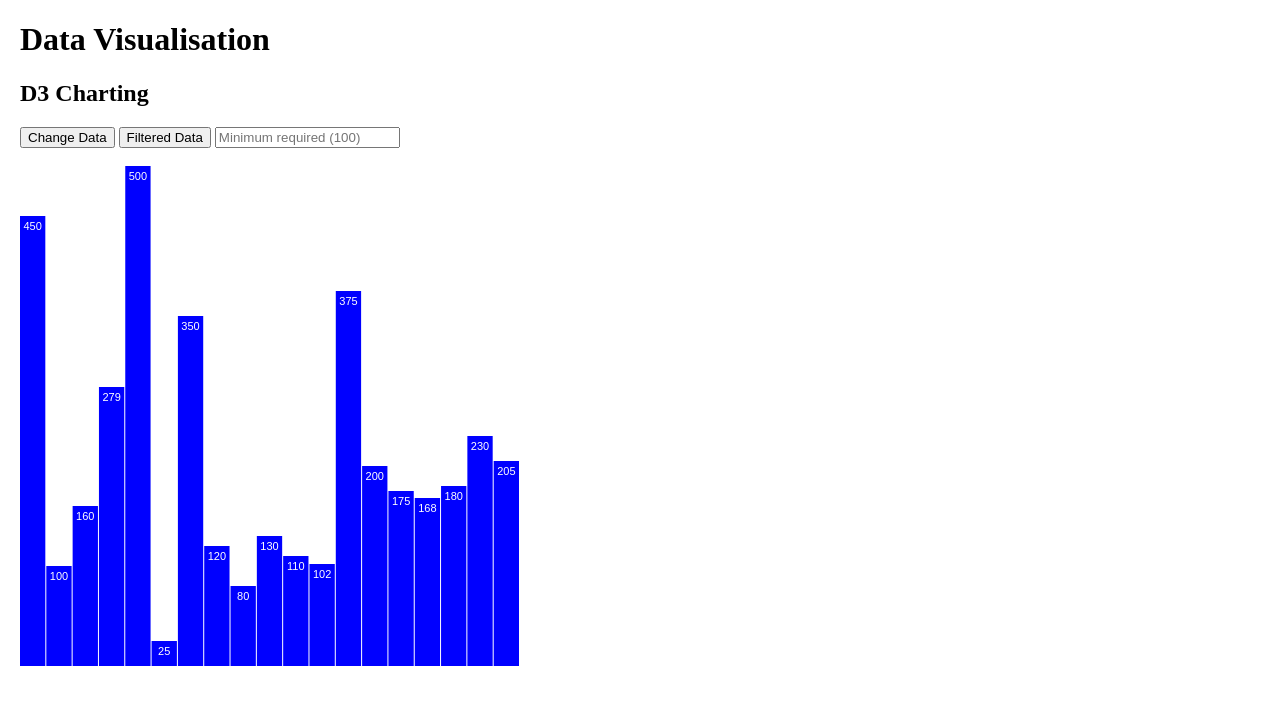
Repository: nitr-am/d3.js-svj
Page: d3_charting.html
The author's editor kept a record of every edit. The page is drawn from the files as they stood at one moment, then again after the next edit.
The browser window is 1280 px wide. The pictures show the whole page.
Some web libraries are served in a nearby version.

Above is the page before.

### d3_charting.html
<!DOCTYPE html>
<html lang="en">

<head>
    <meta charset="UTF-8">
    <meta name="viewport" content="width=device-width, initial-scale=1.0">
    <meta http-equiv="X-UA-Compatible" content="ie=edge">
    <title>D3 and Scalable Vector Graphics</title>

   <script src="https://cdnjs.cloudflare.com/ajax/libs/d3/5.12.0/d3.min.js" integrity="sha256-+9Mf3cAVmxxudDsr1XwXUeRZFtvdWVYdq5/vcgiYyNU=" crossorigin="anonymous"></script>

</head>

<body style= margin-left:20px>
    <h1>Data Visualisation</h1>

    <h2>D3 Charting</h2>

    <button onclick="change_data()">Change Data</button>
    <button onclick="filter_data()">Filtered Data</button>
    <input type=text id="filter_value" placeholder="Minimum required (100)" />
    <br><br>

    <div id="draw-here"></div>

    <script>
        var w = 500; // Width of chart container
        var h = 500; // Height of chart container
        var barPadding = 1;
        var dataset = [
            450, 100, 160, 279, 500, 25, 350, 120, 80, 130,
            110, 102, 375, 200, 175, 168, 180, 230, 205,
        ];


        var colWidth = w / dataset.length; // A esto llego para tener abajo un codigo mas limpio. Es el ancho de c/ columna.
        var barWidth = colWidth - barPadding; // Igual, para tenr un codigo mas limpio. Es el ancho de C/ barra.
        // La diferencia entre columnas y barras es que la columna incluye el barPaddig que es lo que separa barra y barra.


        var svg = d3.select("#draw-here") // Aqui selecciono y junto el d3 con el div donde voy a hacer el chart. /#draw-here
            .append("svg") // Pego el "svg" que estoy creando.
            .attr("height", h) // Los atributos son las caracteristicas de el svg. Estan definidos arriba. Dimensiones.
            .attr("width", w);



        svg.selectAll("rect") // selectAll significa seleccionar todos los rectangulos (esos datos are represented in rectangles.)
            .data(dataset) // Getting the data from the dataset arrow.
            .enter() // Is to make every piece of data a new instance with the attributes that come below.
            .append("rect") // Now I am attaching each new rectangle. (we are not creating a chart but a et of rectaangles with some data)
            .attr("x", function(d, i) {
                return i * colWidth; // separates all the rectangles uniformally.
            }) // Here all the attributes of each "rect": X and Y coordinates. Height and width of each rectangle.
            .attr("y", function(d) {
                return h - d; // It is important to declare that x,y(0,0) start at the top left of the screen and go left & down.
            }) // according to above h-d, give the y start of the "rect" to below. To make the aligned at bottom.
            .attr("height", function(d) {
                return d; // the size is the data.
            })
            .attr("width", barWidth) // Defined above. It is the colWidth - the barPadding.
            .attr("fill", "blue")

        // Now I am going to define the text inside of each one of the bars. Which I need to say the "data".

        svg.selectAll("text") // This is the first step to create a chart.
            .data(dataset) // Also the informaiton comes from the dataset (the text comes from it). )
            .enter() // reating each instance.
            .append("text") // Appending text to each instance
            .text(function(d) { // As I said I need my "text" to be the data of the "dataset".
                return d; // What is d, is the data inside the dataset.
            })
            .attr("text-anchor", "middle") // I need to text to go in the middle.
            .attr("x", function(d, i) { // x coordinate.
                return i * colWidth + barWidth / 2; // Al mismo ancho establecido arriba (el de cada barra, le agrego el de la barra/2.)
            }) // Esto para que el texto quede en la mitad de cada barra.
            // i*colWidth llega hasta la barra deseada. + barWidth/2 me lleva hasta la mitad de esa barra deseada.
            .attr("y", function(d) {
                return h - d + 14; // Teniendo en cuenta que las Barras empiezan desde arriba, el + 14 es para que el texto quede un poquito
            }) // abajo del final de la barra.
            .attr("font-family", "sans-serif") // Mas atributos del texto.
            .attr("font-size", "11px")
            .attr("fill", "white");
    </script>
</body>

</html>

After the next edit:
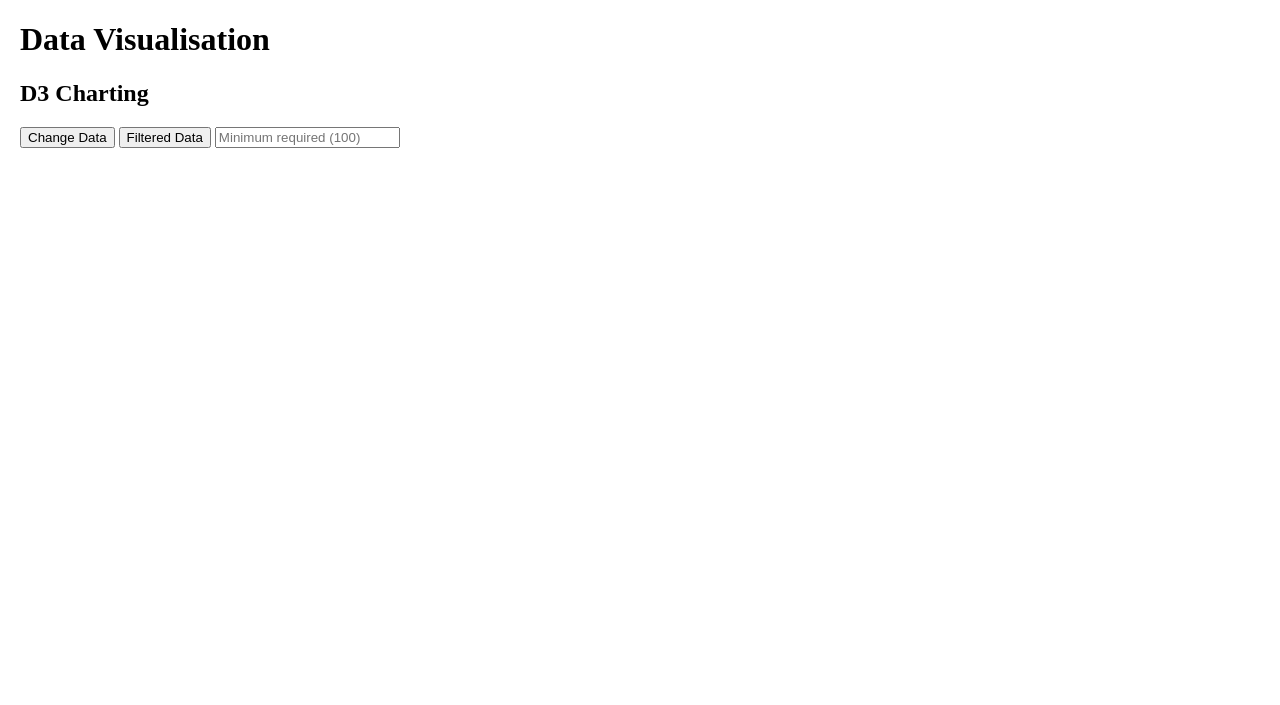
Console error: TypeError: Cannot read properties of undefined (reading 'linear')
The edit:
--- a/d3_charting.html
+++ b/d3_charting.html
@@ -31,6 +31,10 @@
             450, 100, 160, 279, 500, 25, 350, 120, 80, 130,
             110, 102, 375, 200, 175, 168, 180, 230, 205,
         ];
+
+        var scale = d3.scale.linear()
+                            .domain([0, 600])
+                            .range([0, 500]);
 
 
         var colWidth = w / dataset.length; // A esto llego para tener abajo un codigo mas limpio. Es el ancho de c/ columna.
